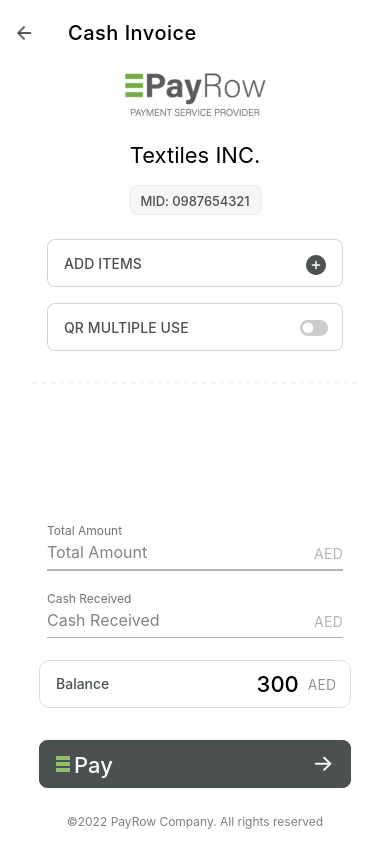
Repository: rishabh-critical-river/payrowios
Screen: /cashPay
These files come from the project's save history. The screen is drawn as it stood at one moment and after a run of saves; the edit follows.
The app was drawn by React Native's web renderer in a window 390 px wide. The project was rebuilt for these pictures with package versions that can differ from the ones it lists, and the page was loaded fresh each time. Also part of the build but not shown: screens/onboarding/CreateAccount.js, screens/home/HomeScreen.tsx, screens/home/HomeComponents/TapToPay.tsx, screens/home/HomeComponents/PaymentSummary.js, screens/home/HomeComponents/AddItem.js, screens/home/HomeComponents/TapCard.tsx, screens/home/HomeComponents/EnterPin.tsx, screens/home/HomeComponents/Confirmation.tsx and 37 more.

Above is the screen before, as saved 2023-07-28 22:45:27.

### screens/home/HomeComponents/CashPay.tsx
import { StatusBar } from "expo-status-bar";
import React, { useState } from "react";
import { NavigationContainer } from "@react-navigation/native";
import { createNativeStackNavigator } from "@react-navigation/native-stack";
import {
  StyleSheet,
  Text,
  View,
  SafeAreaView,
  ScrollView,
  Image,
  Button,
  TouchableOpacity,
  TextInput,
  KeyboardAvoidingView,
  Platform,
  TouchableWithoutFeedback,
  Keyboard,
} from "react-native";
import { AntDesign, Fontisto } from "@expo/vector-icons";
function CashPay({ navigation }: any) {
  const [amount, setAmount] = useState("");
  const handleAmountChange = (text: any) => {
    // Remove any non-numeric characters from the input using regular expression
    const cleanedText = text.replace(/[^0-9.]/g, "");
    setAmount(cleanedText);
  };
  const handleDismissKeyboard = () => {
    Keyboard.dismiss();
  };
  return (
    <TouchableWithoutFeedback onPress={handleDismissKeyboard}>
      <KeyboardAvoidingView
        style={{ flex: 1 }}
        behavior={Platform.OS === "ios" ? "padding" : "height"}
      >
        <View style={styles.container}>
          <View
            style={{
              marginLeft: 16,
              marginTop: 17,
              flexDirection: "row",
              alignItems: "center",
            }}
          >
            <Image
              source={require("./arrow_back.png")}
              style={{
                width: 16.03,
                height: 16.03,
                marginRight: 35.98,
              }}
            />
            <Text
              style={{
                fontSize: 20,
                fontWeight: "500",
                lineHeight: 32,
                letterSpacing: 0.5,
              }}
            >
              Cash Invoice
            </Text>
          </View>
          <View
            style={{
              borderBottomWidth: 3,
              borderColor: "#4B50500D",
              borderStyle: "dashed",
              paddingBottom: 30,
              marginLeft: 32,
              marginRight: 32,
            }}
          >
            <Image
              style={{
                width: 150,
                height: 48.3,
                alignSelf: "center",
                marginTop: 22,
              }}
              source={require("./payrowLogo.png")}
            />
            <Text
              style={{
                fontSize: 22,
                fontWeight: "400",
                lineHeight: 28,
                textAlign: "center",
                marginTop: 22,
              }}
            >
              Textiles INC.
            </Text>
            {/* <Text
            style={{
              fontSize: 14,
              fontWeight: "400",
              lineHeight: 20,
              textAlign: "center",
              letterSpacing: 0.25,
              marginTop: 6,
              color: "#4B5050B2",
            }}
          >
            You are about to make a payment to this
          </Text>
          <Text
            style={{
              fontSize: 14,
              fontWeight: "400",
              lineHeight: 20,
              textAlign: "center",
              letterSpacing: 0.25,

              color: "#4B5050B2",
            }}
          >
            company
          </Text> */}
            <View
              style={{
                borderWidth: 1,
                borderColor: "#4B50500D",
                borderRadius: 8,
                marginTop: 16,
                width: 133,
                height: 30,
                alignSelf: "center",

                backgroundColor: "#4B50500D",
              }}
            >
              <Text
                style={{
                  alignSelf: "center",
                  marginTop: 6,
                  fontWeight: "500",
                  fontSize: 13,
                  lineHeight: 18,
                  letterSpacing: -0.08,
                  color: "#4B5050",
                }}
              >
                MID: 0987654321
              </Text>
            </View>
            <View
              style={{
                borderWidth: 1,
                borderColor: "#4B505040",

                shadowColor: "#757E6E14",
                shadowOffset: {
                  width: 0,
                  height: 2,
                },
                shadowOpacity: 0.25,
                shadowRadius: 3.84,

                borderRadius: 8,
                marginTop: 24,
                width: 296,
                height: 48,
                alignSelf: "center",
              }}
            >
              <TouchableOpacity
                onPress={() => {
                  navigation.navigate("AddItem");
                }}
                style={{
                  flexDirection: "row",
                }}
              >
                <Text
                  style={{
                    flex: 1,
                    marginLeft: 16,
                    marginTop: 14,
                    fontWeight: "500",
                    fontSize: 14,
                    lineHeight: 20,
                    letterSpacing: 0.1,
                    color: "#4B5050",
                  }}
                >
                  ADD ITEMS
                </Text>
                <Image
                  source={require("./plusicon.png")}
                  style={{
                    width: 20,
                    height: 20,
                    marginRight: 16,
                    marginTop: 15,
                    backgroundColor: "#4B5050E5",
                    borderRadius: 10,
                  }}
                />
              </TouchableOpacity>
            </View>
            <View
              style={{
                borderWidth: 1,
                borderColor: "#4B505040",

                shadowColor: "#757E6E14",
                shadowOffset: {
                  width: 0,
                  height: 2,
                },
                shadowOpacity: 0.25,
                shadowRadius: 3.84,

                borderRadius: 8,
                marginTop: 16,
                width: 296,
                height: 48,
                alignSelf: "center",
              }}
            >
              <View
                style={{
                  flexDirection: "row",
                }}
              >
                <Text
                  style={{
                    flex: 1,
                    marginLeft: 16,
                    marginTop: 14,
                    fontWeight: "500",
                    fontSize: 14,
                    lineHeight: 20,
                    letterSpacing: 0.1,
                    color: "#4B5050",
                  }}
                >
                  QR MULTIPLE USE
                </Text>

                <Fontisto
                  style={{ marginRight: 14, marginTop: 10 }}
                  name="toggle-off"
                  size={28}
                  color="#CCCCCC"
                />
              </View>
            </View>
          </View>
        </View>

        <View style={{ backgroundColor: "white" }}>
          <View style={{ alignSelf: "center" }}>
            <Text
              style={{
                marginBottom: 5,
                fontSize: 12,
                color: "#4B5050",
                fontWeight: "400",
                opacity: 0.800000011920929,
              }}
            >
              Total Amount
            </Text>
            <View
              style={{
                flexDirection: "row",
                justifyContent: "space-between",
                alignItems: "center",
              }}
            >
              <TextInput
                keyboardType="numeric"
                style={{
                  color: "#4B5050",
                  fontWeight: "400",
                  fontSize: 16,
                  lineHeight: 18,
                  opacity: 0.7,
                  marginBottom: 8,
                }}
                placeholder="Total Amount"
              />
              <Text
                style={{
                  color: "#4B505099",
                  fontWeight: "400",
                  letterSpacing: 0.25,
                  fontSize: 14,
                  marginLeft: 5,
                  lineHeight: 20,
                  opacity: 0.7,
                  marginBottom: 4,
                }}
              >
                AED
              </Text>
            </View>

            <View
              //horizontal line
              style={{
                backgroundColor: "#4B505099",

                width: 296,
                height: 1.5,
                opacity: 0.7,
                alignSelf: "center",
              }}
            />
          </View>
          <View style={{ alignSelf: "center", marginTop: 20 }}>
            <Text
              style={{
                marginBottom: 5,
                fontSize: 12,
                color: "#4B5050",
                fontWeight: "400",
                opacity: 0.800000011920929,
              }}
            >
              Cash Received
            </Text>
            <View
              style={{
                flexDirection: "row",
                justifyContent: "space-between",
                alignItems: "center",
              }}
            >
              <TextInput
                keyboardType="numeric"
                style={{
                  color: "#4B5050",
                  fontWeight: "400",
                  fontSize: 16,
                  lineHeight: 18,
                  opacity: 0.7,
                  marginBottom: 8,
                }}
                placeholder="Cash Received"
              />
              <Text
                style={{
                  color: "#4B505099",
                  fontWeight: "400",
                  letterSpacing: 0.25,
                  fontSize: 14,
                  marginLeft: 5,
                  lineHeight: 20,
                  opacity: 0.7,
                  marginBottom: 4,
                }}
              >
                AED
              </Text>
            </View>

            <View
              //horizontal line
              style={{
                backgroundColor: "#4B505099",

                width: 296,
                height: 1.5,
                opacity: 0.7,
                alignSelf: "center",
              }}
            />
          </View>

          {/* <View
            style={{
              borderWidth: 1,
              borderColor: "#4B505040",
              borderRadius: 8,
              marginTop: 26.5,
              width: 296,
              height: 52,
              alignSelf: "center",
              backgroundColor: "#4B505080",
            }}
          >
            <View
              style={{
                marginTop: 18,
                marginLeft: 16,
                flexDirection: "row",
              }}
            >
              <View>
                <View
                  style={{
                    borderWidth: 1,
                    borderColor: "#FFFFFF",

                    width: 14,
                    height: 3.61,

                    backgroundColor: "#FFFFFF",
                    marginBottom: 2.58,
                  }}
                />
                <View
                  style={{
                    borderWidth: 1,
                    borderColor: "#FFFFFF",

                    width: 14,
                    height: 3.61,

                    marginBottom: 2.58,
                    backgroundColor: "#FFFFFF",
                  }}
                />
                <View
                  style={{
                    borderWidth: 1,
                    borderColor: "#FFFFFF",

                    width: 14,
                    height: 3.61,

                    backgroundColor: "#FFFFFF",
                  }}
                />
              </View>
              <Text
                style={{
                  fontWeight: "400",
                  fontSize: 22,
                  lineHeight: 28,
                  color: "#FFFFFF",
                  marginLeft: 4,
                  bottom: 6,
                }}
              >
                Pay
              </Text>
            </View>
          </View> */}

          <View
            style={{
              width: "80%",
              alignSelf: "center",
              height: 48,
              borderRadius: 10,

              borderWidth: 1,
              borderColor: "rgba(75, 80, 80, 0.2)",
              flexDirection: "row",
              alignItems: "center",
              marginTop: 22,
            }}
          >
            <Text style={styles.priceLabel}>Balance</Text>
            <View style={styles.priceTextContainer}>
              <Text style={styles.priceText}>300</Text>
              <Text style={styles.priceCurrency}>AED</Text>
            </View>
          </View>

          <TouchableOpacity
            style={styles.goToSummaryButton}
            onPress={() => {
              navigation.navigate("InvoiceRecallthree");
            }}
          >
            <View style={styles.buttonContent}>
              <View style={{ justifyContent: "center", marginLeft: 16 }}>
                <View
                  style={{
                    borderWidth: 1,
                    borderColor: "#8EBD6C",

                    width: 14,
                    height: 3.61,

                    backgroundColor: "#8EBD6C",
                    marginBottom: 2.58,
                  }}
                />
                <View
                  style={{
                    borderWidth: 1,
                    borderColor: "#8EBD6C",

                    width: 14,
                    height: 3.61,

                    marginBottom: 2.58,
                    backgroundColor: "#8EBD6C",
                  }}
                />
                <View
                  style={{
                    borderWidth: 1,
                    borderColor: "#8EBD6C",

                    width: 14,
                    height: 3.61,

                    backgroundColor: "#8EBD6C",
                  }}
                />
              </View>
              <Text style={styles.buttonText}>Pay</Text>
              <View style={styles.arrowIcon}>
                <AntDesign name="arrowright" size={22} color="white" />
              </View>
            </View>
          </TouchableOpacity>

          <Text
            style={{
              fontSize: 12,
              backgroundColor: "white",
              color: "#7f7f7f",
              textAlign: "center",
              paddingBottom: 15,
              marginTop: 10,
            }}
          >
            ©2022 PayRow Company. All rights reserved
          </Text>
        </View>
      </KeyboardAvoidingView>
    </TouchableWithoutFeedback>
  );
}

export default CashPay;
const styles = StyleSheet.create({
  container: {
    flex: 1,
    backgroundColor: "white",
  },
  buttonContainer: {
    width: "80%",
    height: 48,
    backgroundColor: "#4B5050",
    alignSelf: "center",
    borderRadius: 8,
    marginTop: 20,
    display: "flex",
    justifyContent: "space-between",
    flexDirection: "row",
    alignItems: "center",
  },
  containers: {
    width: "80%",
    height: 50,
    borderRadius: 10,
    borderWidth: 1,
    borderColor: "rgba(75, 80, 80, 0.25)",
    alignSelf: "center",
    marginTop: 31,
    flexDirection: "row",
    justifyContent: "space-between",
    alignItems: "center",
    paddingLeft: 15,
    paddingRight: 15,
    shadowColor: "#757e6e",
    shadowOffset: {
      width: 0,
      height: 1,
    },
    shadowOpacity: 0.08,
    shadowRadius: 3,
  },
  badge: {
    width: 71,
    height: 26,
    borderRadius: 8,
    backgroundColor: "#4B50500D",
    textAlign: "center",
    paddingTop: 4,
    marginRight: 22,
  },
  itemContainer: {
    width: "100%",
    alignSelf: "center",
    height: 77,
    borderRadius: 10,
    marginBottom: 10,
    justifyContent: "center",
    borderWidth: 1,
    borderColor: "rgba(75, 80, 80, 0.2)",
    flexDirection: "row",
    alignItems: "center",
  },
  priceContainer: {
    width: "80%",
    alignSelf: "center",
    height: 48,
    borderRadius: 10,
    marginBottom: 10,
    borderWidth: 1,
    borderColor: "rgba(75, 80, 80, 0.2)",
    flexDirection: "row",
    alignItems: "center",
  },
  priceLabel: {
    fontWeight: "500",
    flex: 1,
    fontSize: 14,
    lineHeight: 20,
    color: "#4B5050",
    marginLeft: 16,
  },
  priceTextContainer: {
    flexDirection: "row",
    alignItems: "center",
    color: "#333333",
  },
  priceText: {
    fontSize: 22,
    fontWeight: "500",
    lineHeight: 28,
  },
  priceCurrency: {
    color: "#4B505099",
    marginRight: 14,
    marginLeft: 9,
  },
  goToSummaryButton: {
    alignSelf: "center",
    marginTop: 32,
    width: "80%",
  },
  buttonContent: {
    borderWidth: 0.6,
    borderColor: "#4B5050",
    backgroundColor: "#4B5050",
    borderRadius: 8,
    marginBottom: 16,
    height: 48,
    width: "100%",
    justifyContent: "center",
    flexDirection: "row",
  },
  buttonText: {
    fontSize: 22,
    paddingLeft: 4,
    paddingTop: 12,
    fontWeight: "500",
    lineHeight: 24,
    justifyContent: "center",
    color: "white",
    letterSpacing: 0.1,
    flex: 1,
  },
  arrowIcon: {
    justifyContent: "center",
    alignItems: "center",
    marginRight: 16,
  },
  footerText: {
    fontSize: 12,
    backgroundColor: "white",
    color: "#7f7f7f",
    textAlign: "center",
    paddingBottom: 15,
  },
  logo: {
    width: 150,
    height: 48.3,
    alignSelf: "center",
    marginTop: 33,
  },
  languageLogo: {
    width: 40,
    height: 40,
    marginLeft: 170,
    marginTop: 30,
  },
  homeBlocks: {
    fontSize: 14,
    fontWeight: "500",
    flex: 1,
    marginTop: 14,

    color: "#4B5050",
    lineHeight: 20,

    marginLeft: 16,
  },
  homeElements: {
    marginTop: 24,

    flexDirection: "column",
    justifyContent: "space-between",
    alignItems: "center",
    maxHeight: 448,
  },
  text: {
    fontSize: 15,
    fontWeight: "500",
    color: "#838c95",
    textAlign: "center",
    marginTop: 20,
    marginBottom: 15,
  },
  box: {
    borderWidth: 1,
    borderColor: "#4B505040",
    borderRadius: 9,
    marginBottom: 16,
    width: 296,
    height: 48,
    textAlign: "center",
    flexDirection: "row",
  },
  button: {
    marginLeft: 165,
    backgroundColor: "#72ac47",
    color: "black",
    padding: 10,
    fontSize: 20,
    height: 60,
    width: 60,
    cursor: "pointer",
    borderRadius: 70,
    justifyContent: "center",
    alignItems: "center",
  },
});

Loaded but not shown: screens/onboarding/LanguageSelection.tsx (287 lines, source omitted); App.tsx (321 lines, source omitted)

After the next 2 saves:
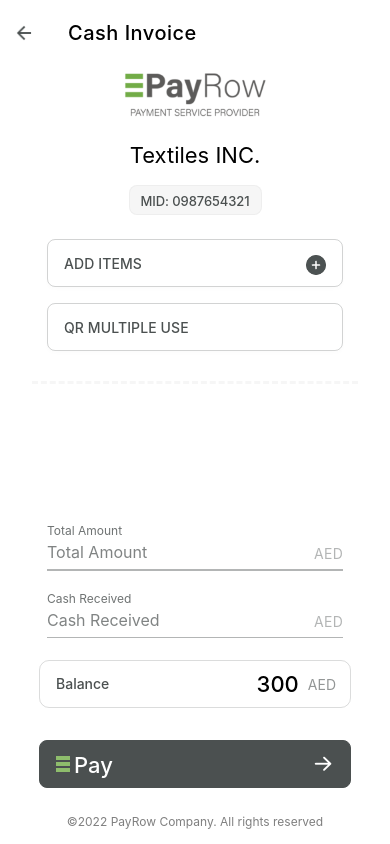
The 2 saves are shown as one change because they came seconds apart.
The last was saved 7 s later.
--- a/screens/home/HomeComponents/CashPay.tsx
+++ b/screens/home/HomeComponents/CashPay.tsx
@@ -240,12 +240,13 @@
                   QR MULTIPLE USE
                 </Text>
 
-                <Fontisto
+
+                {/* <Fontisto
                   style={{ marginRight: 14, marginTop: 10 }}
                   name="toggle-off"
                   size={28}
                   color="#CCCCCC"
-                />
+                /> */}
               </View>
             </View>
           </View>
